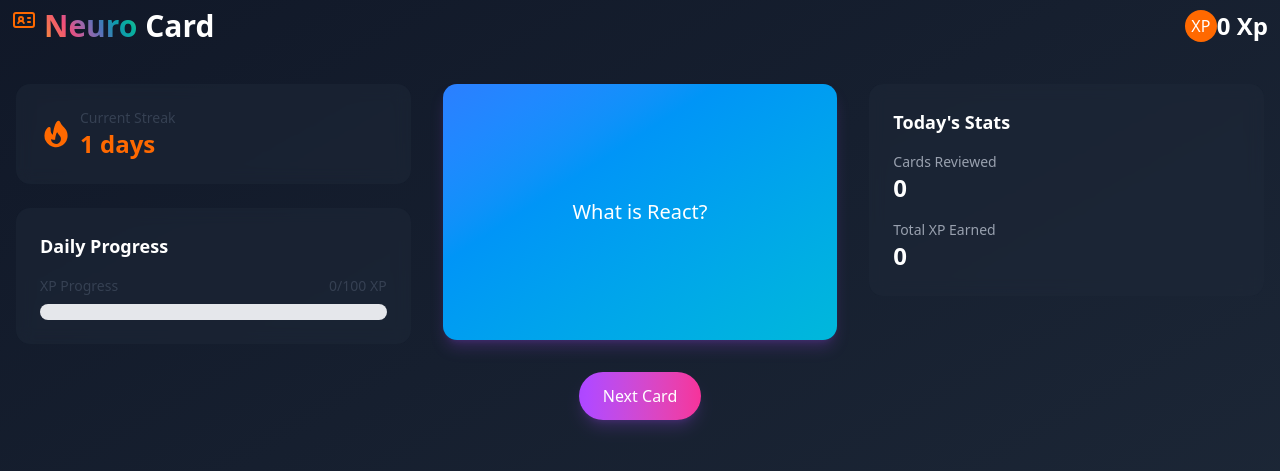
Repository: dhwanijain-dev/cardFlipper
Page: /home
An editor plug-in stored every save of this project. The page is shown before and after the next save, followed by the edit.
The browser window is 1280 px wide. The pictures show the whole page.
The project was rebuilt for these pictures with package versions that can differ from the ones it lists, and the page was loaded fresh each time. The framework's server and built-in components were replaced by stand-ins that run in the browser. Also part of the build but not shown: next.config.ts.

Above is the page before, as saved 2025-05-18 22:58:27.

After the next save:
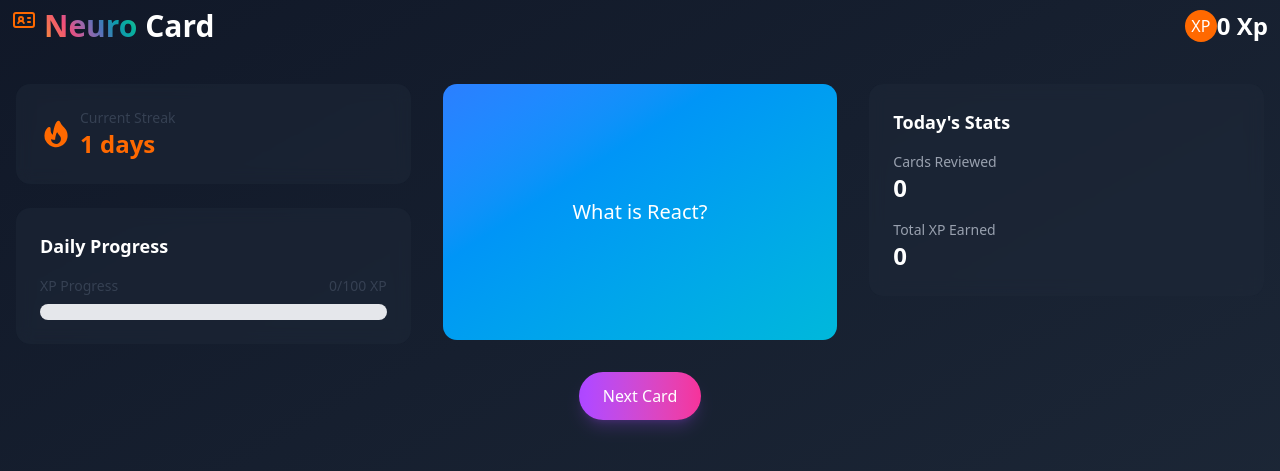
Saved 8 min 35 s later.
--- a/components/Flashcard.tsx
+++ b/components/Flashcard.tsx
@@ -1,5 +1,5 @@
 import React, { useState } from 'react';
-import { motion } from 'framer-motion';
+import { motion, AnimatePresence } from 'framer-motion';
 
 interface FlashcardProps {
   front: string;
@@ -12,35 +12,52 @@
   const [isFlipping, setIsFlipping] = useState(false);
 
   const handleFlip = () => {
-    if (isFlipping) return; // Prevent multiple flips while animation is in progress
+    if (isFlipping) return;
 
     setIsFlipping(true);
     setIsFlipped(!isFlipped);
     onFlip?.();
 
-    // Reset flipping state after animation completes
     setTimeout(() => {
       setIsFlipping(false);
-    }, 600); // Match this with the animation duration
+    }, 600);
   };
 
   return (
-    <div className="perspective-1000 w-full max-w-md h-64 cursor-pointer" onClick={handleFlip}>
+    <div
+      className="w-full max-w-md h-64 cursor-pointer"
+      onClick={handleFlip}
+      style={{ perspective: '1000px' }}
+    >
       <motion.div
-        className="relative w-full h-full preserve-3d"
+        className="relative w-full h-full"
+        style={{ transformStyle: 'preserve-3d' }}
         animate={{ rotateY: isFlipped ? 180 : 0 }}
         transition={{ duration: 0.6, ease: "easeInOut" }}
       >
-        <div className={`absolute w-full h-full backface-hidden rounded-xl p-6 flex items-center justify-center
-          ${isFlipped ? 'bg-gradient-to-br from-purple-500 to-pink-500' : 'bg-gradient-to-br from-blue-500 to-cyan-500'}
-          shadow-lg shadow-purple-500/20`}>
-          <p className="text-white text-xl font-medium text-center">{isFlipped ? back : front}</p>
-        </div>
-        <div className={`absolute w-full h-full backface-hidden rounded-xl p-6 flex items-center justify-center rotate-y-180
-          ${isFlipped ? 'bg-gradient-to-br from-blue-500 to-cyan-500' : 'bg-gradient-to-br from-purple-500 to-pink-500'}
-          shadow-lg shadow-purple-500/20`}>
-          <p className="text-white text-xl font-medium text-center">{isFlipped ? front : back}</p>
-        </div>
+        {/* Front of card */}
+        <motion.div
+          className="absolute w-full h-full rounded-xl p-6 flex items-center justify-center bg-gradient-to-br from-blue-500 to-cyan-500"
+          style={{
+            backfaceVisibility: 'hidden',
+            WebkitBackfaceVisibility: 'hidden',
+            transform: 'rotateY(0deg)'
+          }}
+        >
+          <p className="text-white text-xl font-medium text-center">{front}</p>
+        </motion.div>
+
+        {/* Back of card */}
+        <motion.div
+          className="absolute w-full h-full rounded-xl p-6 flex items-center justify-center bg-gradient-to-br from-purple-500 to-pink-500"
+          style={{
+            backfaceVisibility: 'hidden',
+            WebkitBackfaceVisibility: 'hidden',
+            transform: 'rotateY(180deg)'
+          }}
+        >
+          <p className="text-white text-xl font-medium text-center">{back}</p>
+        </motion.div>
       </motion.div>
     </div>
   );
